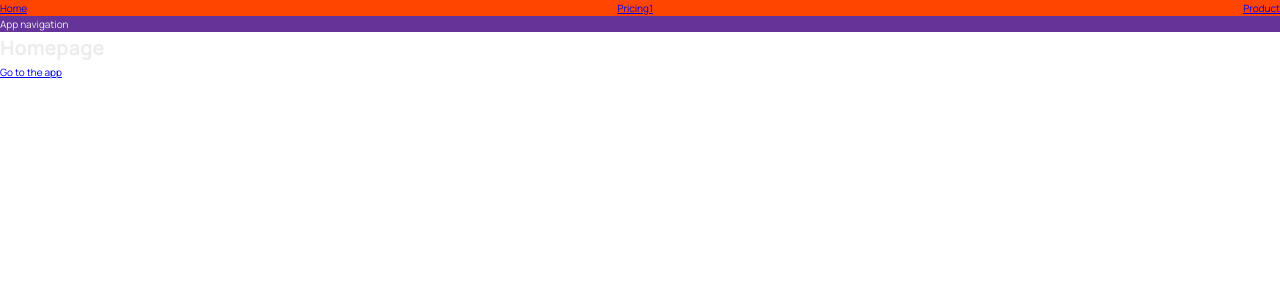
Repository: echoyol/worldwise
Page: /
An editor plug-in stored every save of this project. The page is shown before and after the next save, followed by the edit.
The browser window is 1280 px wide. The pictures show the whole page.
Some web libraries are served in a nearby version. The project was rebuilt for these pictures with package versions that can differ from the ones it lists, and the page was loaded fresh each time. Also part of the build but not shown: vite.config.js, src/pages/Product.jsx, src/pages/PageNotFound.jsx, src/pages/Pricing.jsx, src/pages/AppLayout.jsx.

Above is the page before, as saved 2023-07-16 11:39:47.

After the next save:
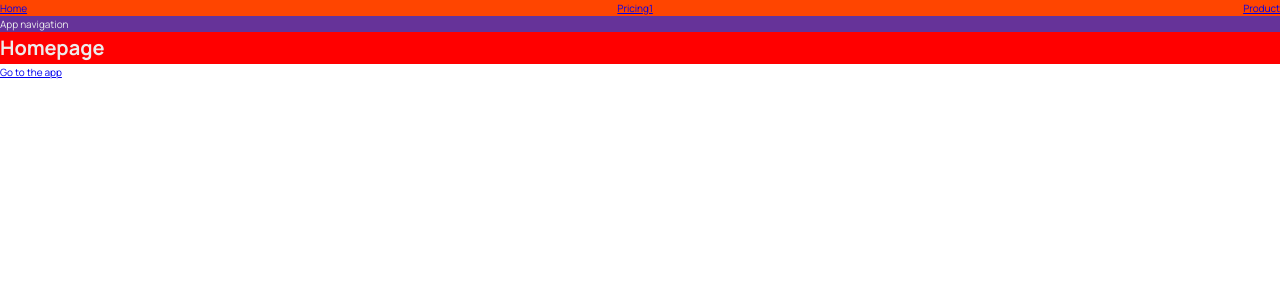
Saved 9 s later.
--- a/src/pages/Homepage.jsx
+++ b/src/pages/Homepage.jsx
@@ -8,7 +8,7 @@
     <div>
       <PageNav />
       <AppNav />
-      <h1 className=''>Homepage</h1>
+      <h1 className='test'>Homepage</h1>
       <Link to='/app'>Go to the app</Link>
     </div>
   )
